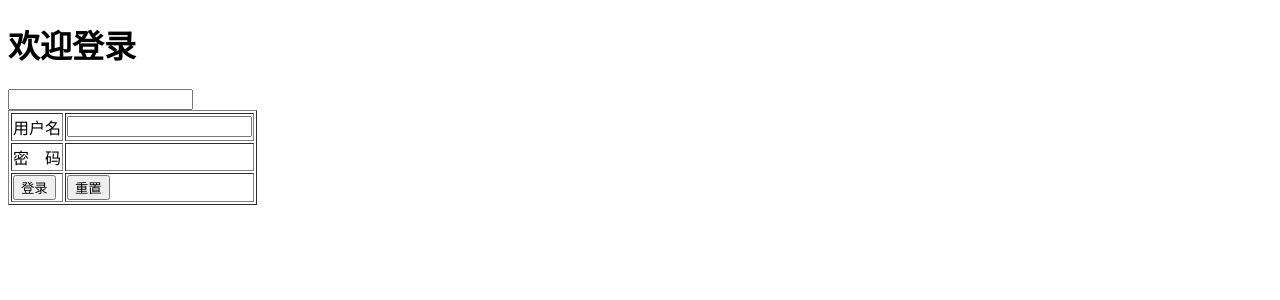
Repository: Elewei/learn-java
Page: http://localhost/shopcart/
An editor plug-in stored every save of this project. The page is shown before and after the next save, followed by the edit.
The browser window is 1280 px wide. The pictures show the whole page.
The page is served by Tomcat 9. Other server files are loaded and not shown.

Above is the page before, as saved 2016-12-02 13:15:47.

### shopcart-system/shopcart/WebContent/index.jsp
<%@ page language="java" contentType="text/html; charset=UTF-8"
    pageEncoding="UTF-8"%>
<!DOCTYPE html PUBLIC "-//W3C//DTD HTML 4.01 Transitional//EN" "http://www.w3.org/TR/html4/loose.dtd">
<html>
<head>
<meta http-equiv="Content-Type" content="text/html; charset=UTF-8">
<title>Insert title here</title>
</head>
<body>
	<jsp:forward page="/WEB-INF/login.jsp"></jsp:forward>
</body>
</html>

### shopcart-system/shopcart/WebContent/WEB-INF/login.jsp
<%@ page language="java" contentType="text/html; charset=UTF-8"
    pageEncoding="UTF-8"%>
<!DOCTYPE html PUBLIC "-//W3C//DTD HTML 4.01 Transitional//EN" "http://www.w3.org/TR/html4/loose.dtd">
<html>
<head>
<meta http-equiv="Content-Type" content="text/html; charset=UTF-8">
<title>Insert title here</title>
</head>
<body>
	<h1>欢迎登录</h1>
	<form action="" method="">
		<table border="1">
			<tr><td>用户名</td><td><input type="text" name="username" /></td></tr>
			<tr><td>密　码</td><input type="text" name="password" /><td></td></tr>
			<tr><td><input type="submit" value="登录"></td><td><input type="reset" value="重置" /></td></tr>
		</table>
	</form>
</body>
</html>

After the next save:
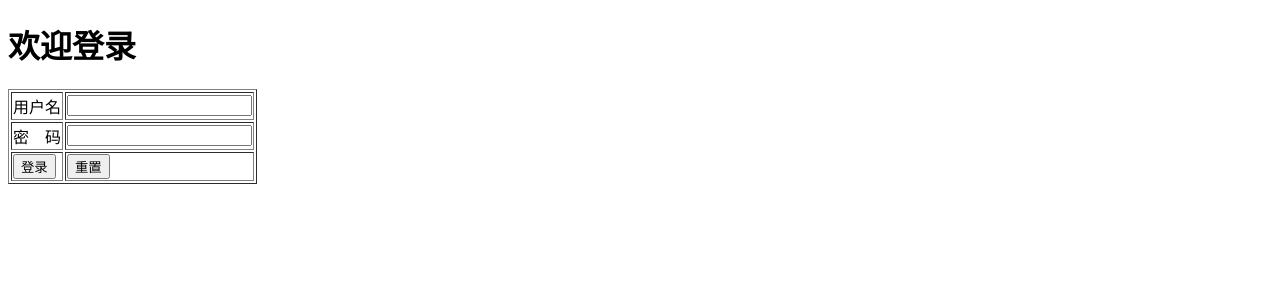
Saved 40 s later.
--- a/shopcart-system/shopcart/WebContent/WEB-INF/login.jsp
+++ b/shopcart-system/shopcart/WebContent/WEB-INF/login.jsp
@@ -11,7 +11,7 @@
 	<form action="" method="">
 		<table border="1">
 			<tr><td>用户名</td><td><input type="text" name="username" /></td></tr>
-			<tr><td>密　码</td><input type="text" name="password" /><td></td></tr>
+			<tr><td>密　码</td><td><input type="text" name="password" /></td></tr>
 			<tr><td><input type="submit" value="登录"></td><td><input type="reset" value="重置" /></td></tr>
 		</table>
 	</form>
